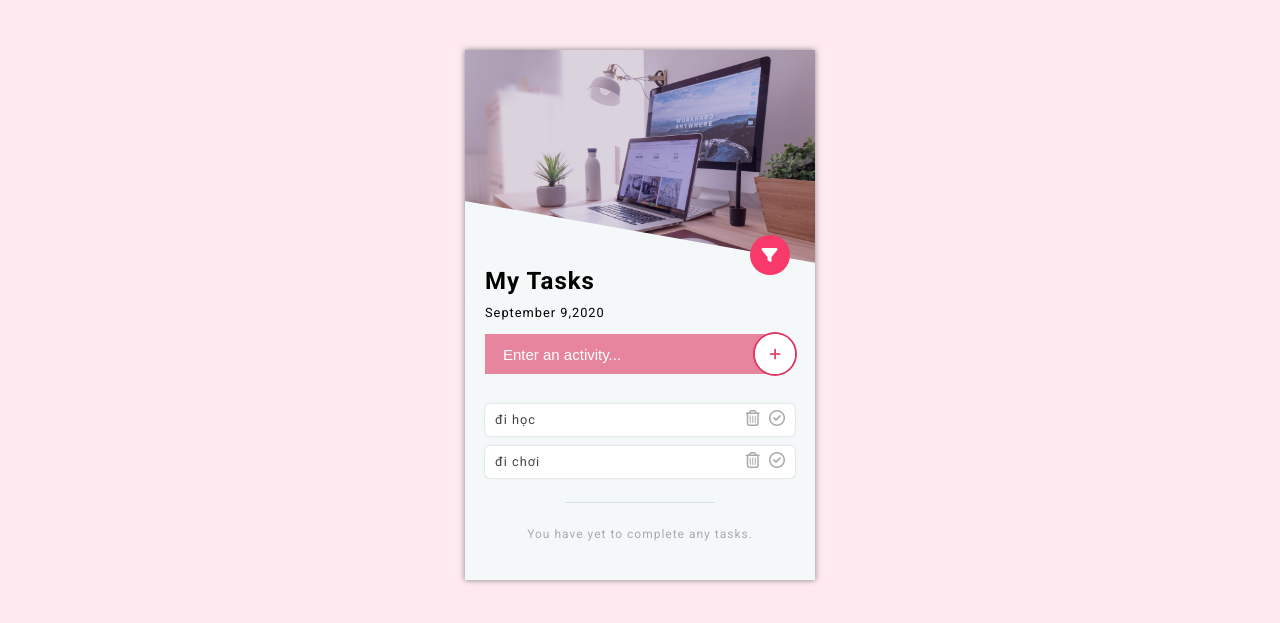
Repository: phongthanhh/JS-ToDoList
Page: index.html
The author's editor kept a copy of each file at every save. The page is drawn from the files as they stood at one save, then again after the next save.
The browser window is 1280 px wide. The pictures show the whole page.

Above is the page before, as saved 2022-12-20 15:58:56.

### index.html
<!DOCTYPE html>
<html lang="en">

<head>
    <meta charset="UTF-8">
    <meta name="viewport" content="width=device-width, initial-scale=1.0">
    <meta http-equiv="X-UA-Compatible" content="ie=edge">
    <title>Document</title>

    <link href="https://fonts.googleapis.com/css?family=Roboto:300,400,700&display=swap" rel="stylesheet">
    <link rel="stylesheet" href="https://cdnjs.cloudflare.com/ajax/libs/font-awesome/6.2.1/css/all.min.css" integrity="sha512-MV7K8+y+gLIBoVD59lQIYicR65iaqukzvf/nwasF0nqhPay5w/9lJmVM2hMDcnK1OnMGCdVK+iQrJ7lzPJQd1w==" crossorigin="anonymous" referrerpolicy="no-referrer" />

    <link rel="stylesheet" href="./css/style.css">
</head>

<body>

    <div class="card">
        <div class="card__header">
            <img src="./img/X2oObC4.png" />
        </div>
        <!-- <h2>hello!</h2> -->
        <div class="card__body">
            <div class="filter-btn">
                <a id="one" href="#"><i class="fa fa-check-circle"></i></a>
                <a id="two" href="#"><i class="fa fa-sort-alpha-down"></i></a>
                <a id="three" href="#"><i class="fa fa-sort-alpha-up"></i></a>
                <a id="all" href="#"><i class="fa fa-clock"></i></a>
                <span class="toggle-btn">
                    <i class="fa fa-filter"></i>
                    <i class="fa fa-times"></i>
                </span>
            </div>
            <div class="card__content">
                <div class="card__title">
                    <h2>My Tasks</h2>
                    <p>September 9,2020</p>

                </div>
                <div class="card__add">
                    <input id="newTask" type="text" placeholder="Enter an activity...">
                    <button id="addItem">
                        <i class="fa fa-plus"></i>
                    </button>
                </div>
                <div class="card__todo">
                    <!-- Uncompleted tasks -->
                    <ul class="todo" id="todo"></ul>
                    <!-- Completed tasks -->
                    <ul class="todo" id="completed"></ul>
                </div>

            </div>

        </div>


    </div>

    <script src="https://code.jquery.com/jquery-3.4.1.js"
        integrity="sha256-WpOohJOqMqqyKL9FccASB9O0KwACQJpFTUBLTYOVvVU=" crossorigin="anonymous"></script>

    <script>
        $(function () {
            $('.toggle-btn').click(function () {
                $('.filter-btn').toggleClass('open');

            });

            $('.filter-btn a').click(function () {
                $('.filter-btn').removeClass('open');

            });

        });
    </script>

    <!-- <script src="./js/ToDo.js"></script>
    <script src="./js/ToDoList.js"></script> -->
    <script type="module" src="./js/main.js"></script>




</body>

</html>

### css/style.css


body {
  font-family: 'Roboto', sans-serif;
  background-color: #FEE9F0;
  font-size: 16px;
}

*{
  margin: 0;
  padding: 0;
  box-sizing: border-box;
}

.card {
  margin: 50px auto;
  background-color: #f5f8f9;
  /* height: 430px; */
  width: 350px;
  box-shadow: 0 0 6px grey;
  overflow: hidden;
  line-height: 2rem;
  letter-spacing: 1px;
}


.card__header {
  height: 215px;
  overflow: hidden;
  position: relative;
}

.card__header img{
  width: 100%;
}

.card__header::after {
  content: '';
  position: absolute;
  left: 0;
  top: 0;
 width: 100%;
 height: 100%;
  background: rgba(71, 32, 84, 0.2);
}

.card__body{
  position: relative;
}
.card__body::before{
  content: '';
  position: absolute;
  top: -35px;
  left: -50px;
  background-color: #f5f8f9;
  height: 100px;
  width: 120%;
  display: block;
  transform: rotate(10deg);

}

.card__content{
  position: relative;
  padding: 0 20px;

}

.card__title p{
  font-size: 0.8rem;
}

/* Filler Button */
.filter-btn {
  position: absolute;
  z-index: 2;
  right: 0;
  width: 40px;
  height: 40px;
  transition: all 0.4s ease-in-out 0s;
}

.filter-btn span i{
  width: 40px;
  height: 40px;
  background: #FA396B;
  display: block;
  position: absolute;
  right: 25px;
  top: -30px;
  text-align: center;
  color: #fff;
  line-height: 40px;
  border-radius: 50%;
  font-size: 1rem;
  z-index: 999;
}
span.toggle-btn:hover{
      cursor: pointer;
}
.filter-btn a {
  position: absolute;
  width: 40px;
  height: 40px;
  line-height: 40px;
  text-align: center;
  right: 25px;
  display: block;
  top: -30px;
  color: #fff;
  z-index: 99;
  font-size: 1.2rem;
  transition: all .4s cubic-bezier(.68, 1, .265, 1)
}

.filter-btn:after {
  height: 150px;
    width: 150px;
    content: '';
    background-color: #FA396B;
    position: absolute;
    top: -86px;
    right: -35px;
    border-radius: 50%;
    transform: scale(0);
    transition: all 0.3s ease-in-out 0s;
}

.filter-btn.open span.toggle-btn i{
  background-color: #DE3963;
}

.filter-btn .fa-times {
  display: none;
}

.filter-btn .fa-filter {
  display: block;
}

.filter-btn.open .fa-times {
  display: block;
}

.filter-btn.open .fa-filter {
  display: none;
}

.open:after {
  transform: scale(1);
}

.filter-btn.open a:nth-child(1) {
  transform: translate(9px, -48px);
}

.filter-btn.open a:nth-child(2) {
  transform: translate(-42px, -26px);
}

.filter-btn.open a:nth-child(3) {
  transform: translate(-39px, 29px);
}

.filter-btn.open a:nth-child(4) {
  transform: translate(6px, 52px);
}

/* Add */
.card__add{

    /* background: #DE3963; */
    display: flex;
  position: relative;

  margin-top: 5px;
}
.card__add input {
  width: 100%;
    height: 40px;
    /* float: left; */
    color: #fff;
    font-size: 15px;
    font-weight: 400;
    text-indent: 18px;
    /* padding: 0 60px 0 0; */
    background: rgba(222, 57, 99, 0.6);
    /* border-radius: 3px; */
    border-top-right-radius: 25px;
    border-bottom-right-radius: 25px;
    border: 0px;
    box-shadow: none;
    outline: none;

}

.card__add input::placeholder{
  color: #fff;
}

.card__add button{

  border: none;
  border-radius: 50%;
  position: absolute;
  top:0;
  right: 0;
  /* width: 40px;
  height: 40px; */
  box-shadow: 0 0 0 2px rgba(222, 57, 99);
  cursor: pointer;
  outline: none;
}
.card__add i{
  width: 40px;
  height: 40px;
  border-radius: 25px;
  background: #fff;
  line-height: 40px;
  color: #DE3963;

}

/* Todo list */
ul.todo {
  list-style: none;

}
ul.todo li {
  display: flex;
  justify-content: space-between;
  width: 100%;
  min-height: 30px;
  font-size: 0.8rem;
  font-weight: 500;
  color: #444;
  background: #fff;
  border-radius: 5px;
  box-shadow: 0px 0px 2px rgba(44, 62, 80, 0.3);
  margin: 0 0 10px 0;
  padding: 0 10px;
  word-break: break-word;
}

ul.todo#todo{
  padding-top: 30px;
}
ul.todo#completed {
  position: relative;
  padding: 30px 0;
}

ul.todo#completed:before {
  content: '';
  width: 150px;
  height: 1px;
  background: #d8e5e0;

  position: absolute;
  top: 14px;
  left: 50%;

  margin: 0 0 0 -75px;
}

ul.todo#todo:empty:after {
  content: 'You have nothing to-do!';
  margin: 15px 0 0 0;
}

ul.todo#completed:empty:after {
  content: 'You have yet to complete any tasks.';
}


ul.todo#todo:after,
ul.todo#completed:after {
  width: 100%;
  display: block;
  text-align: center;
  font-size: 12px;
  color: #aaa;
}

ul.todo li .buttons button {
  background: none;
  border: 0px;
  box-shadow: none;
  outline: none;
  cursor: pointer;
  position: relative;
  padding: 5px 0 5px 5px;
  font-size: 1rem;
}
ul.todo li .buttons .remove{
  color: #aaa;
}
ul.todo li .buttons .remove:hover{
  color: #FA396B;
}

ul.todo li .buttons .complete{
  color: #aaa;

}

ul.todo li .buttons .complete:hover{
  color: #25b99a;
}

ul.todo#todo li .buttons .complete .fas{
  display: none;
}

ul.todo#todo li .buttons .complete .far{
  display: block;
}

ul.todo#completed li .buttons .complete .fas{
  display: block;
  color: #25b99a;
}

ul.todo#completed li .buttons .complete .far{
  display: none;
}

ul.todo#completed span{
  color: #25b99a;
}

/* .toDoButton button{
  border: none;
  background: transparent;
  cursor: pointer;
}
.toDoButton button i{
  font-size: 1rem;
  color: rgb(152, 150, 150);
}
.toDoButton .btn-del:hover i {
color: #FA396B;
}
.toDoButton .btn-check:hover i {
  color: rgb(19, 170, 19);
  } */

### js/main.js
import ToDoList from "./ToDoList.js";

let ToDoListMain = new ToDoList();

const getArr = () => {
    ToDoListMain.renderToDo()
    ToDoListMain.addToDo()
}
getArr()

### js/ToDoList.js
import ToDo from "./ToDo.js";

const getEl = id => document.getElementById(id);

export default class TodoList extends ToDo {

    ToDoArray = [
        {
            id: 1,
            content: 'đi học',
            status: '1'
        },
        {
            id: 2,
            content: 'đi chơi',
            status: '1'
        }
    ]

    renderToDo = () => {
        let getToDo = getEl('todo')
        let contentTodO = ''
        this.ToDoArray.map((item, index) => {
            contentTodO += `
                <li>${item.content}
                    <div class='buttons' >
                        <button class='remove'> <i class="fa-regular fa-trash-can"></i></button>
                        <button class='complete'> <i class="fa-regular fa-circle-check"></i></button>
                   </div>
                </li>
            `
        })
        getToDo.innerHTML = contentTodO
    }
    addToDo = (ToDoObj) => {
        const getAddTodO = getEl('addItem')
        getAddTodO.onclick = () => {
            let valueNewTask = getEl('newTask').value
            if (valueNewTask) {

            }
        }

    }

}

### js/ToDo.js
class ToDo {
    constructor(id, content, status) {
        this.id = id,
            this.content = content,
            this.status = status
    }
}
export default ToDo

After the next save:
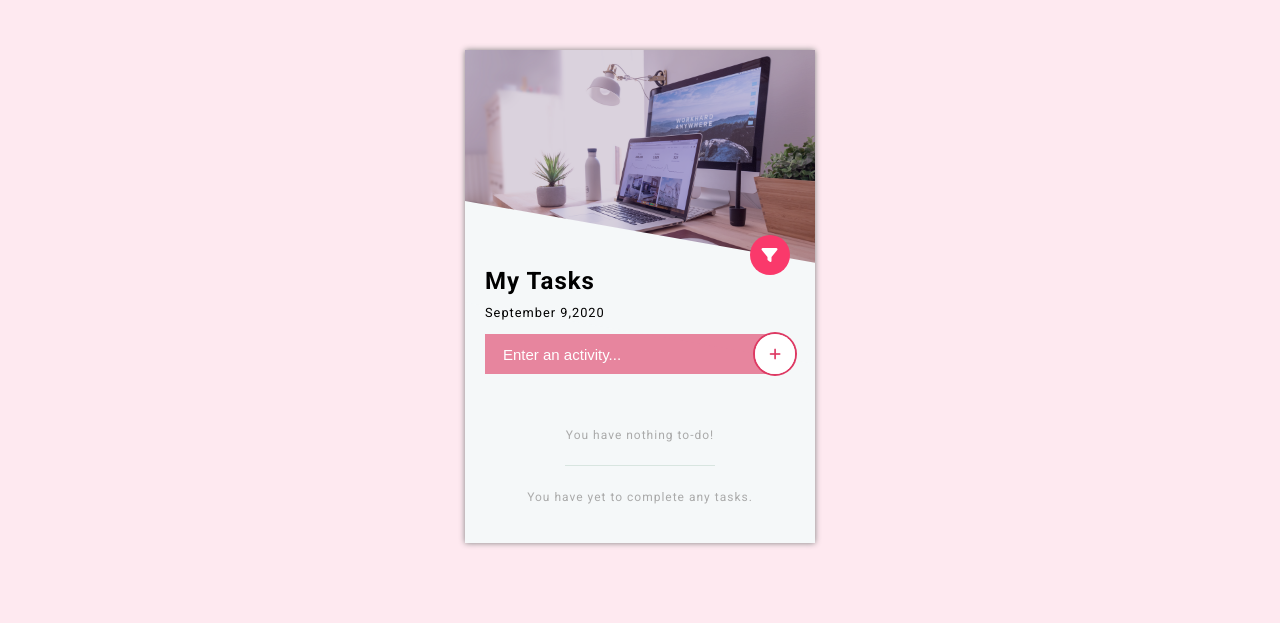
Console error: SyntaxError: Unexpected token ','
Saved 17 s later.
--- a/js/ToDoList.js
+++ b/js/ToDoList.js
@@ -37,7 +37,7 @@
         getAddTodO.onclick = () => {
             let valueNewTask = getEl('newTask').value
             if (valueNewTask) {
-
+                this.ToDoArray = [..., valueNewTask]
             }
         }
 

After the save that followed:
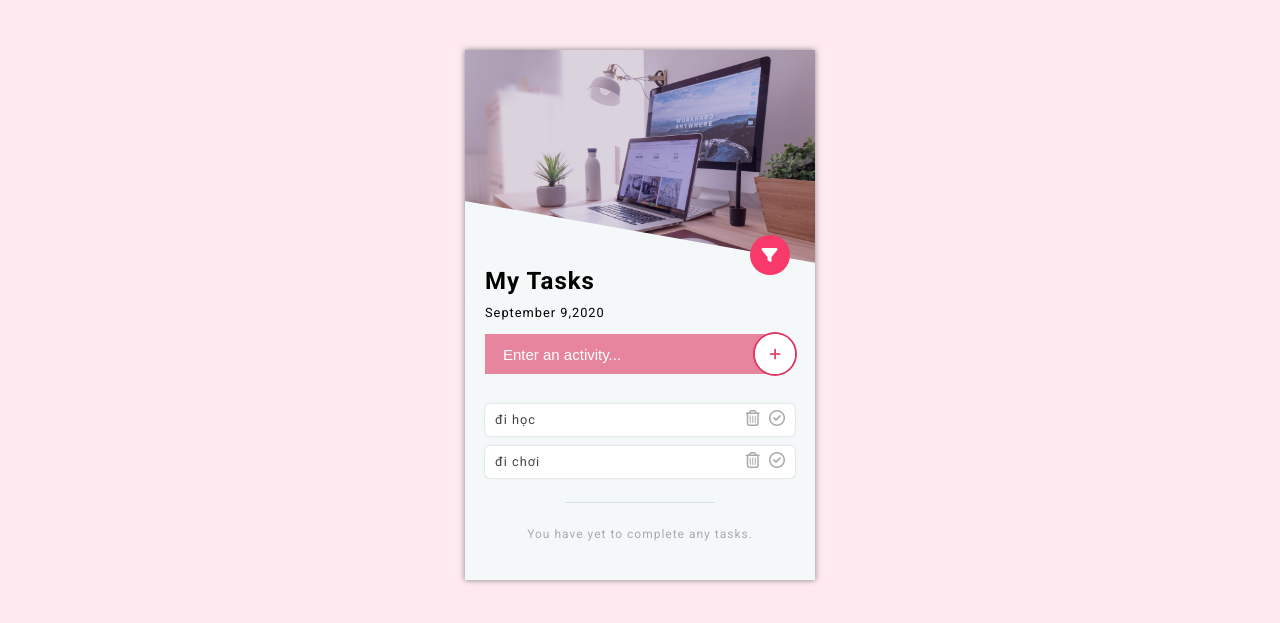
The error is gone.
Saved 7 s later.
--- a/js/ToDoList.js
+++ b/js/ToDoList.js
@@ -37,7 +37,7 @@
         getAddTodO.onclick = () => {
             let valueNewTask = getEl('newTask').value
             if (valueNewTask) {
-                this.ToDoArray = [..., valueNewTask]
+                this.ToDoArray = [...valueNewTask]
             }
         }
 
